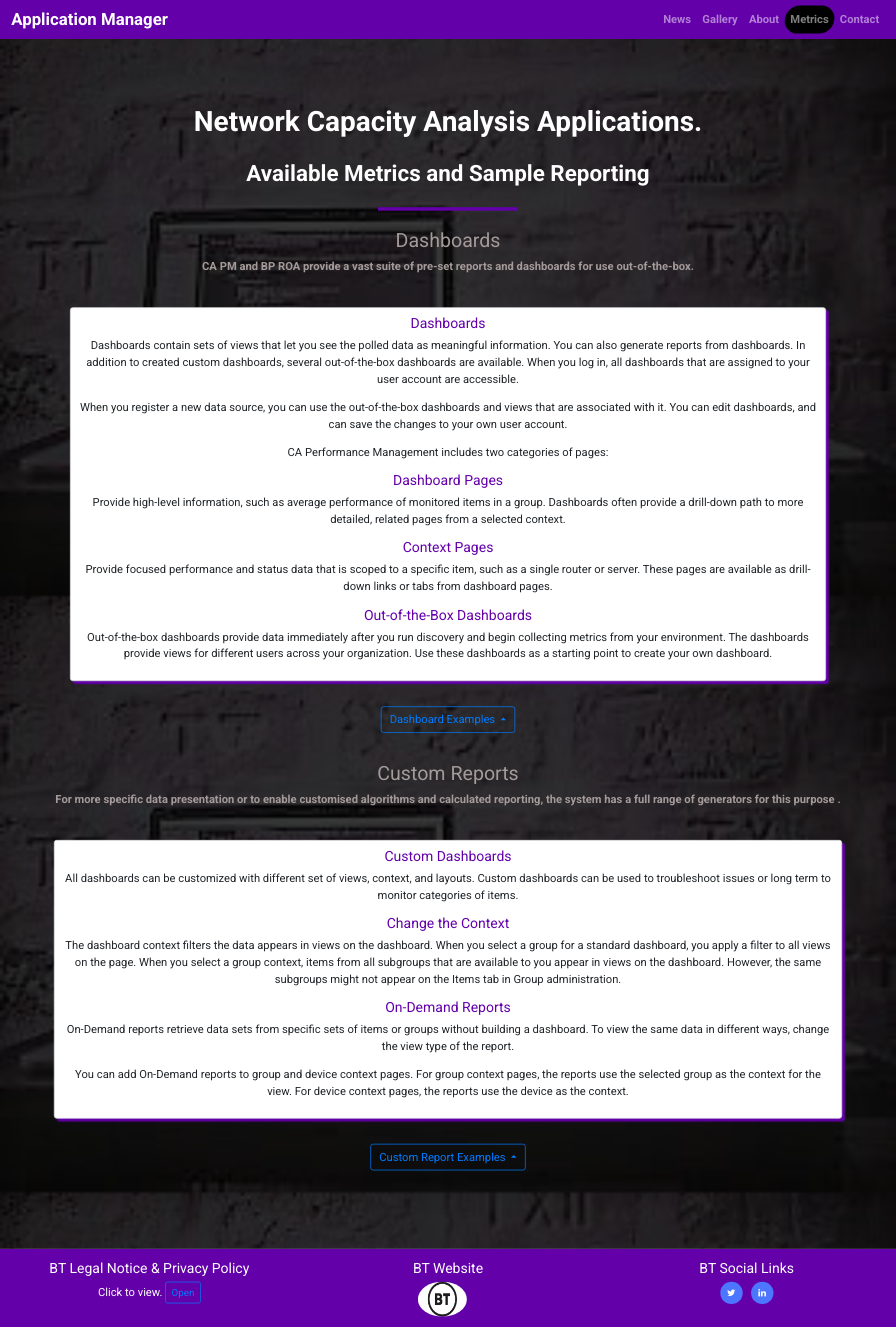
Repository: Mofarrell1967/Application-Manager
Page: metrics.html
The author's editor kept a record of every edit. The page is drawn from the files as they stood at one moment, then again after the next edit.
The browser window is 1280 px wide. The pictures show the whole page, at 70% of full size.
Backgrounds fixed to the window are drawn as part of the page. Some web libraries are served in a nearby version.

Above is the page before.

After the next edit:
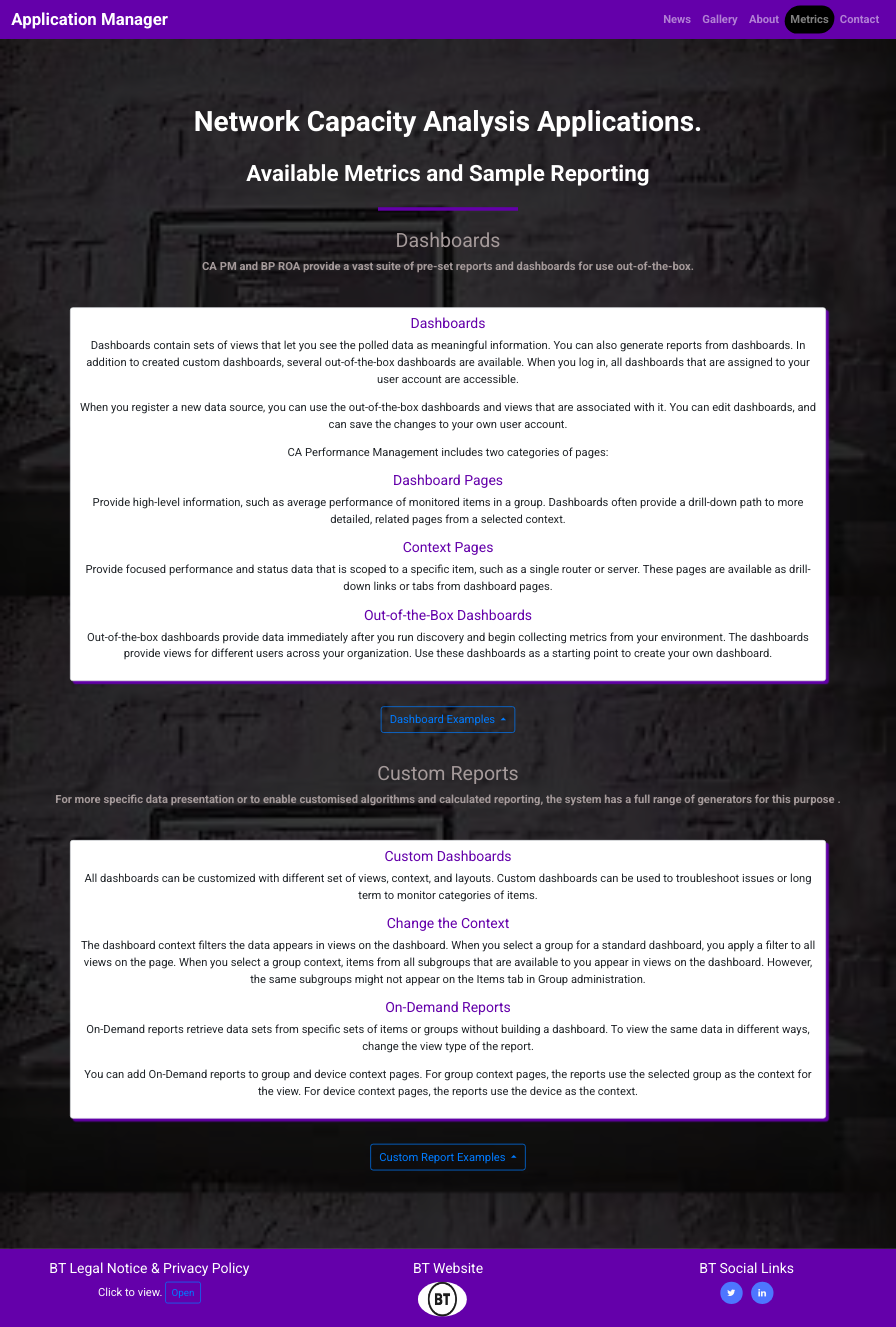
The edit:
--- a/metrics.html
+++ b/metrics.html
@@ -102,7 +102,7 @@
                         <h3>Custom Reports</h3>
                         <p>For more specific data presentation or to enable customised algorithms and calculated reporting, the system has a full range of generators for this purpose .</p>
                     </div>
-                    <section class="container-fluid">
+                    <section class="container">
                         <div class="row">
                             <div class="col border metrics-form">
 
